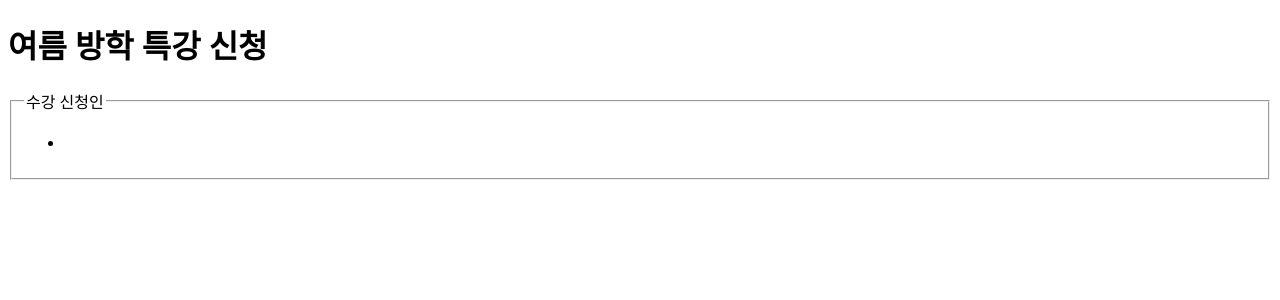
Repository: ygs3004/StudyHTML_CSS
Page: web project 01/src/main/webapp/chapter05/exam05_16.html
An editor plug-in stored every save of this project. The page is shown before and after a run of saves, followed by the edit.
The browser window is 1280 px wide. The pictures show the whole page.

Above is the page before, as saved 2022-08-09 00:44:10.

After the next 2 saves:
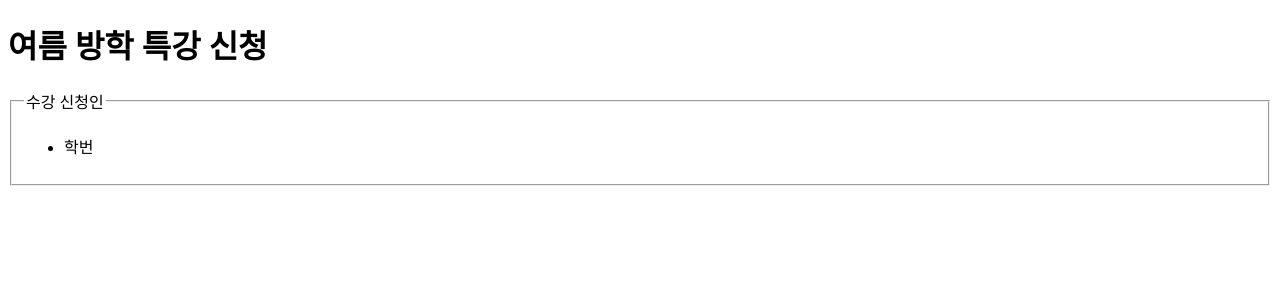
The 2 saves are shown as one change because they came seconds apart.
The last was saved 6 s later.
--- a/web project 01/src/main/webapp/chapter05/exam05_16.html
+++ b/web project 01/src/main/webapp/chapter05/exam05_16.html
@@ -11,8 +11,7 @@
 		<legend>수강 신청인</legend>
 		<ul>
 			<li>
-				<label class="reg" for="id"></label>
-
+				<label class="reg" for="id">학번</label>
 			</li>
 		</ul>
 	</fieldset>
